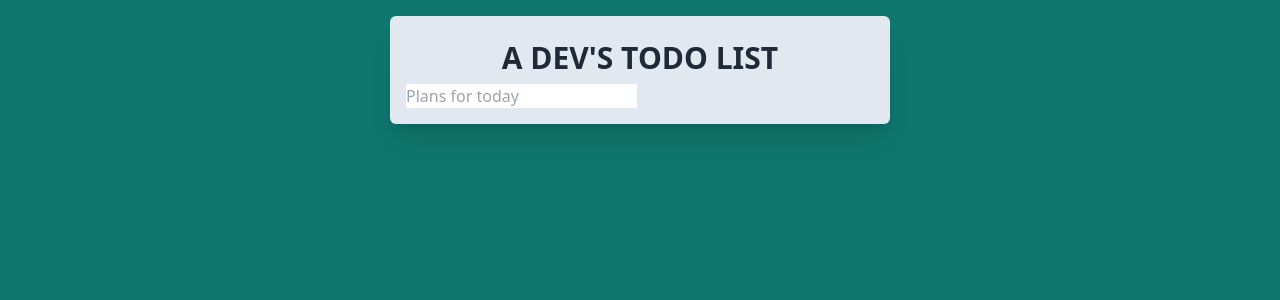
Repository: DevAntonioRogers/React-Todo-CRUD-App
Page: /
An editor plug-in stored every save of this project. The page is shown before and after the next save, followed by the edit.
The browser window is 1280 px wide. The pictures show the whole page.
The project was rebuilt for these pictures with package versions that can differ from the ones it lists, and the page was loaded fresh each time. Also part of the build but not shown: vite.config.ts.

Above is the page before, as saved 2023-05-14 01:22:17.

### src/App.tsx
import Form from "./components/Form";

const App = () => {
  return (
    <div className="h-screen w-screen p-4 bg-teal-700">
      <div className="bg-slate-200 max-w-[500px] w-full m-auto rounded-md shadow-xl p-4">
        <h1 className="text-3xl font-bold text-center text-gray-800 p-2">A DEV'S TODO LIST</h1>
        <Form />
      </div>
    </div>
  );
};

export default App;

### src/components/Form.tsx
const Form = () => {
  return (
    <form>
      <input type="text" placeholder="Plans for today" />
    </form>
  );
};

export default Form;

Loaded but not shown: index.html (common file); src/main.tsx (common file); src/index.css (common file); tailwind.config.js (common file)

After the next save:
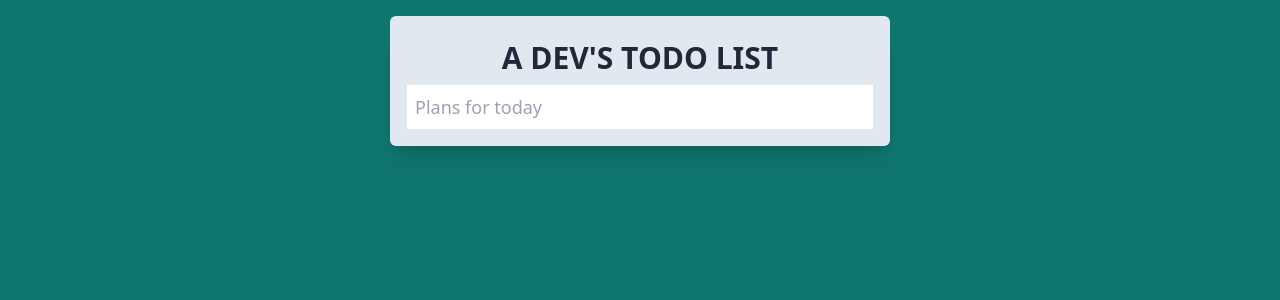
Saved 47 s later.
--- a/src/components/Form.tsx
+++ b/src/components/Form.tsx
@@ -1,7 +1,7 @@
 const Form = () => {
   return (
     <form>
-      <input type="text" placeholder="Plans for today" />
+      <input className="border p-2 w-full text-lg" type="text" placeholder="Plans for today" />
     </form>
   );
 };
